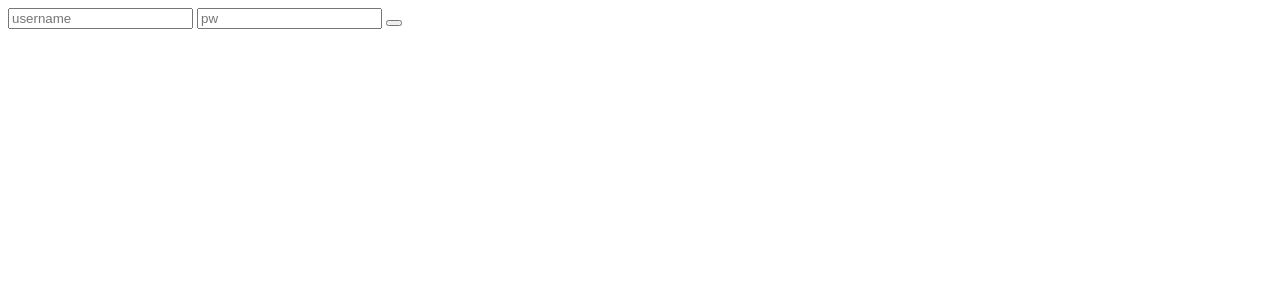
Repository: vuhoangthanh/JDBC-Servlet
Page: http://localhost/new-jdbc/views/login.jsp
These files come from the project's save history. The page is drawn as it stood at one moment and after the next save; the edit follows.
The browser window is 1280 px wide. The pictures show the whole page.
The page is served by Tomcat 9. Nobody is signed in. The application's start-up code is not run. Other server files are loaded and not shown.

Above is the page before, as saved 2024-06-25 09:38:15.

### new-jdbc/src/main/webapp/views/login.jsp
<%@ page language="java" contentType="text/html; charset=UTF-8"
	pageEncoding="UTF-8"%>
<!DOCTYPE html>
<html>
<head>
<meta charset="UTF-8">
<title>Đăng nhập</title>
</head>
<body>
	<form action="<c:url value='/dang-nhap'/> method="POST">
		<input type="email" id="userName" name="userName" placeholder="username">
		<input type="password" id="password" name="password" placeholder="pw">
		<input type="hidden" value="login" name="action">
		<button type="submit"></button>

   	</form>
</body>
</html>

After the next save:
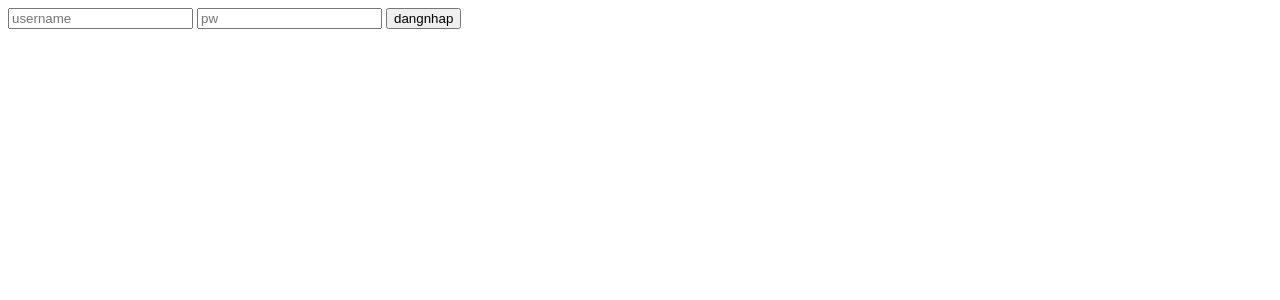
Saved 6 s later.
--- a/new-jdbc/src/main/webapp/views/login.jsp
+++ b/new-jdbc/src/main/webapp/views/login.jsp
@@ -11,7 +11,7 @@
 		<input type="email" id="userName" name="userName" placeholder="username">
 		<input type="password" id="password" name="password" placeholder="pw">
 		<input type="hidden" value="login" name="action">
-		<button type="submit"></button>
+		<button type="submit">dangnhap</button>
 
    	</form>
 </body>
